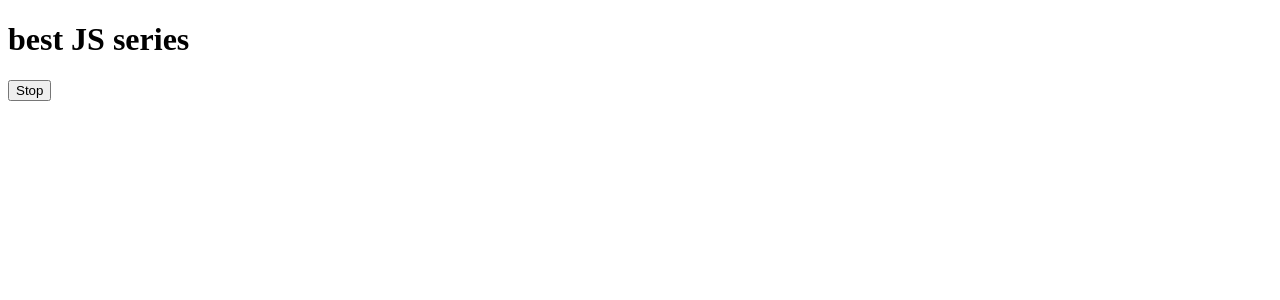
Repository: swarnabha-dutta/JS_Notes
Page: 08_events/two.html
The author's editor kept a copy of each file at every save. The page is drawn from the files as they stood at one save, then again after the next save.
The browser window is 1280 px wide. The pictures show the whole page.

Above is the page before, as saved 2025-08-30 12:33:37.

### 08_events/two.html
<!DOCTYPE html>
<html lang="en">
<head>
    <meta charset="UTF-8">
    <meta name="viewport" content="width=device-width, initial-scale=1.0">
    <title>Document</title>
</head>
<body>
    <h1>Chai aur code</h1>
    <button id="stop">Stop</button>
</body>
<script>
    const sayHitesh = function(){
        console.log("Hitesh");
    }
    const changeText = function(){
        document.querySelector('h1').innerHTML = "best JS series"
    }

    const changeMe = setTimeout(changeText, 2000)

    document.querySelector('#stop').addEventListener('click', function(){
        clearTimeout(changeMe)
        console.log("STOPPED")
    })
</script>
</html>

After the next save:
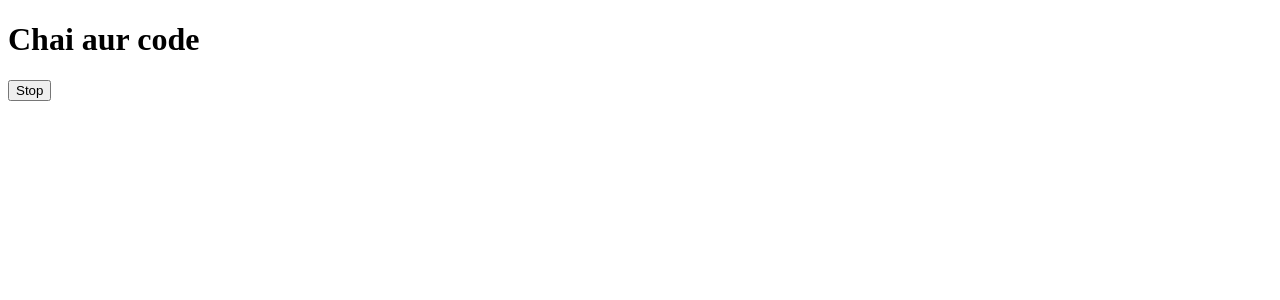
Saved 7 s later.
--- a/08_events/two.html
+++ b/08_events/two.html
@@ -9,19 +9,5 @@
     <h1>Chai aur code</h1>
     <button id="stop">Stop</button>
 </body>
-<script>
-    const sayHitesh = function(){
-        console.log("Hitesh");
-    }
-    const changeText = function(){
-        document.querySelector('h1').innerHTML = "best JS series"
-    }
 
-    const changeMe = setTimeout(changeText, 2000)
-
-    document.querySelector('#stop').addEventListener('click', function(){
-        clearTimeout(changeMe)
-        console.log("STOPPED")
-    })
-</script>
 </html>
